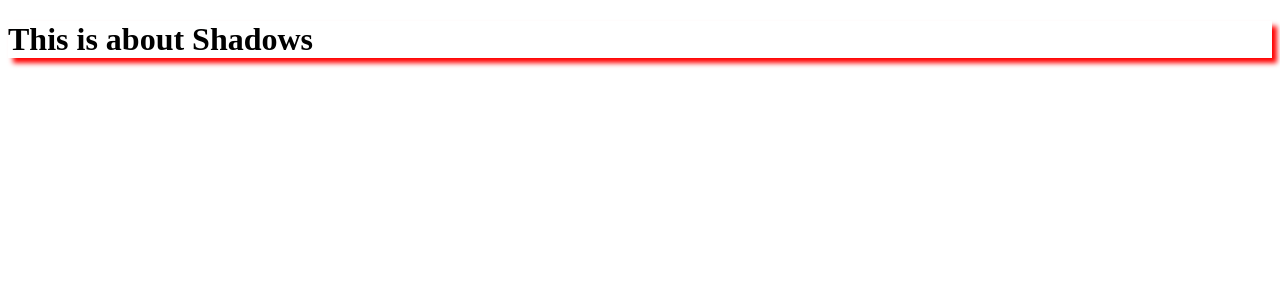
Repository: nottonofclay/csi_waymo
Page: shadows/shadows.html
These files come from the project's save history. The page is drawn as it stood at one moment and after the next save; the edit follows.
The browser window is 1280 px wide. The pictures show the whole page.

Above is the page before, as saved 2023-07-06 12:05:02.

After the next save:
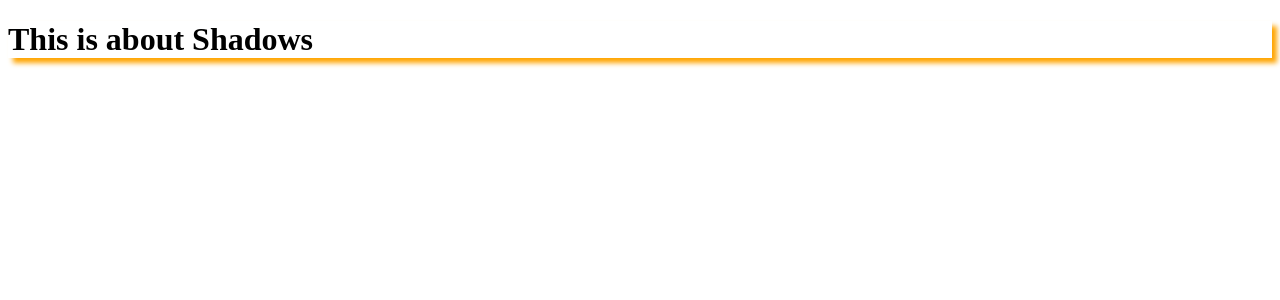
Saved 4 s later.
--- a/shadows/shadows.css
+++ b/shadows/shadows.css
@@ -1,5 +1,5 @@
 /* x-axis || y-axis || spread || color*/
 h1 {
     /* text-shadow: 5px -5px 3px red, -5px 5px 3px orange, 0px 0px 5px grey; */
-    box-shadow: 5px 5px 5px red;
+    box-shadow: 5px 5px 5px orange;
 }
